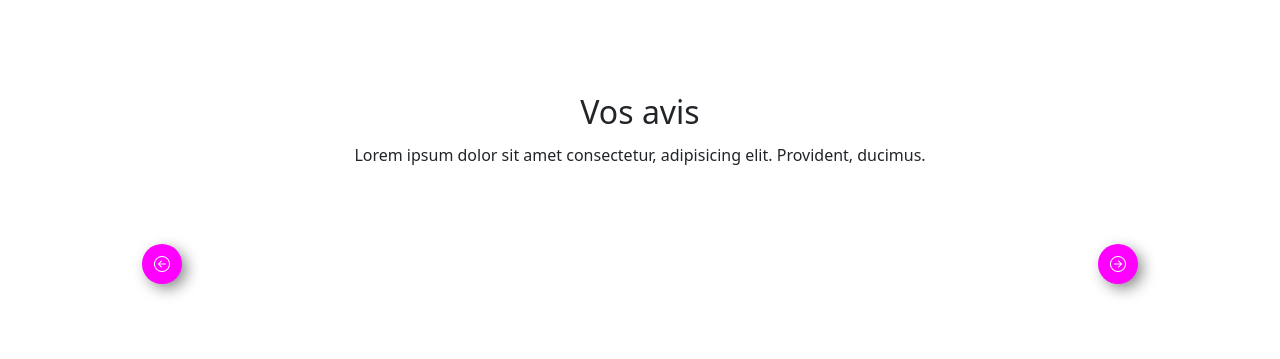
Repository: haifabilel/shop
Page: http://localhost/templates/avis_clients.php
An editor plug-in stored every save of this project. The page is shown before and after the next save, followed by the edit.
The browser window is 1280 px wide. The pictures show the whole page.
Some web libraries are served in a nearby version. The page is run by PHP 8.4 with error messages shown; the project is at /var/www/html/.

Above is the page before, as saved 2023-12-11 15:46:19.
Console error: ReferenceError: jQuery is not defined

After the next save:
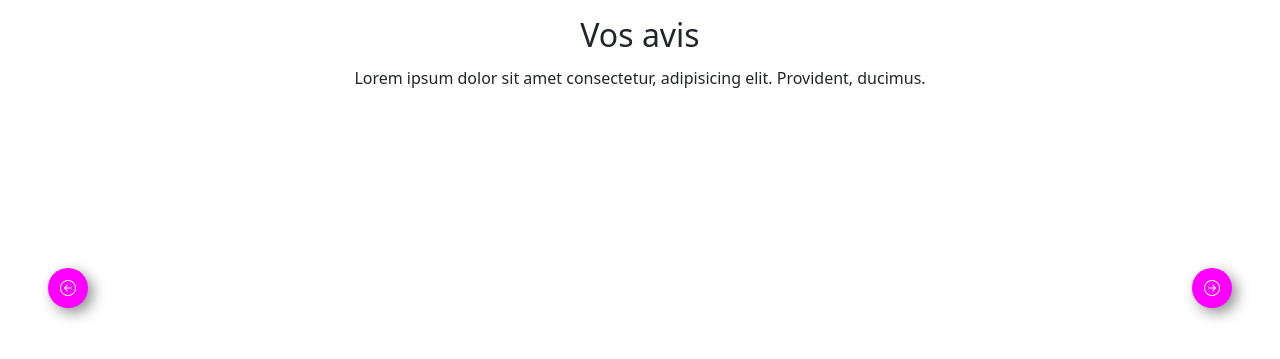
Saved 54 s later.
--- a/css/style.css
+++ b/css/style.css
@@ -373,7 +373,7 @@ z-index: 2;
 }
 
 /* =============avis clients=========== */
-.testimonial-container{
+/* .testimonial-container{
     padding: 6% 0;
 
 }
@@ -381,7 +381,7 @@ z-index: 2;
     position:relative;
     perspective: 1000;
     padding-top: 2rem;
-}
+} */
 .testimonial-container .container .testimonial-item{
     border-radius: 5px;
     box-shadow: 5px 5px 15px -1px #808080;
